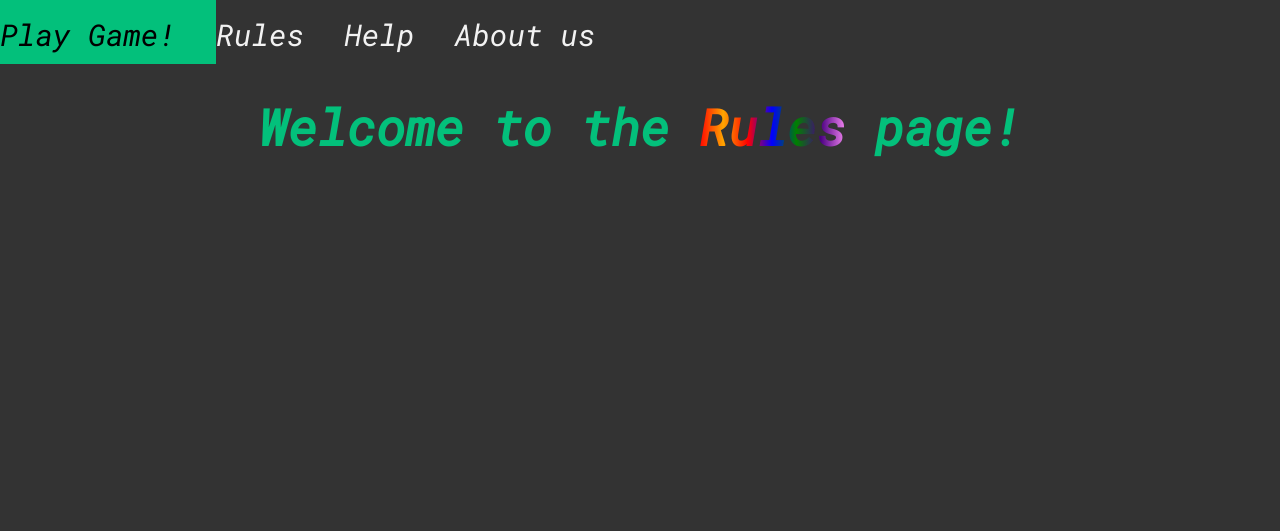
Repository: Ascendrospyder/rock-paper-scissors
Page: rulesPage.html
These files come from the project's save history. The page is drawn as it stood at one moment and after the next save; the edit follows.
The browser window is 1280 px wide. The pictures show the whole page.

Above is the page before, as saved 2022-12-26 12:11:18.

After the next save:
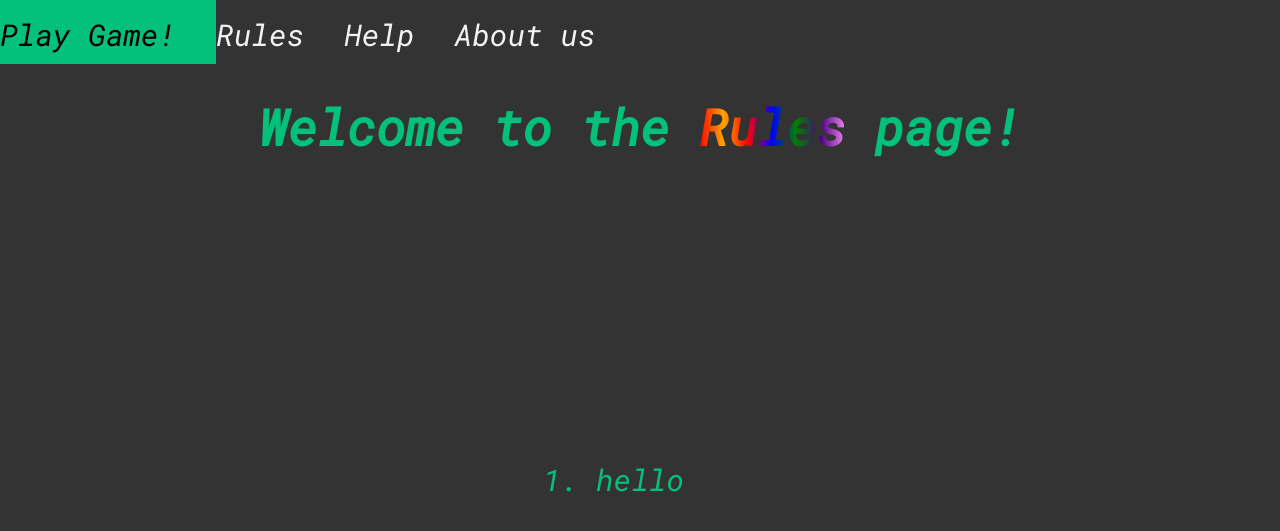
Saved 6 s later.
--- a/rulesPage.html
+++ b/rulesPage.html
@@ -31,7 +31,7 @@
     </div>
 
     <div class="rules-list">
-      <ol class = "prompt-message>
+      <ol class = "prompt-message">
         <li>hello</li>
       </ol>
     </div>
